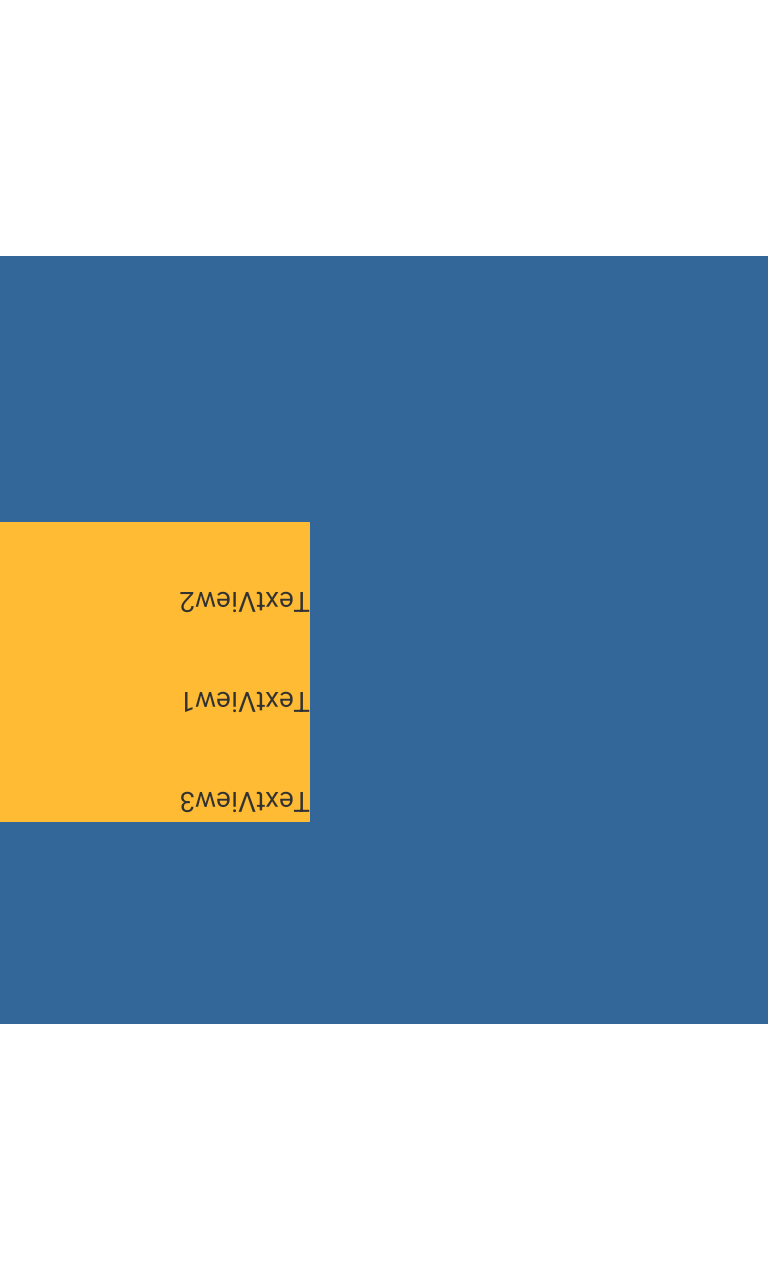
Repository: complexityclass/GosClient
Layout: Client/res/layout/activity_service.xml
The author's editor kept a copy of each file at every save. The layout is drawn from the files as they stood at one save, then again after the next save.
It is drawn on a 768 x 1280 px phone screen (xhdpi) without system bars, with theme AppTheme; the app's code is not run. Lists and similar views that code fills are empty.

Above is the layout before, as saved 2013-04-19 14:28:55.

### Client/res/layout/activity_service.xml
<?xml version="1.0" encoding="utf-8"?>
<LinearLayout xmlns:android="http://schemas.android.com/apk/res/android"
    android:layout_width="fill_parent"
    android:layout_height="fill_parent"
    android:orientation="vertical" >

    <SlidingDrawer
        android:id="@+id/drawer"
        android:layout_width="fill_parent"
        android:layout_height="match_parent"
        android:background="#336699"
        android:content="@+id/content"
        android:handle="@+id/handle"
        android:rotation="90" >

        <LinearLayout
            android:id="@id/content"
            android:layout_width="fill_parent"
            android:layout_height="fill_parent"
            android:orientation="vertical"
            android:rotation="90" >

            <ExpandableListView
                android:id="@+id/exListView"
                android:layout_width="fill_parent"
                android:layout_height="wrap_content"
                android:background="@drawable/back"
                android:indicatorLeft="250dp"
                android:indicatorRight="300dp" />
        </LinearLayout>

        <LinearLayout
            android:id="@id/handle"
            android:layout_width="match_parent"
            android:layout_height="wrap_content"
            android:orientation="vertical"
            android:rotation="90" >

            <LinearLayout
                android:id="@+id/linlay"
                android:layout_width="match_parent"
                android:layout_height="wrap_content"
                android:orientation="vertical" >

                <TextView
                    android:id="@+id/textView3"
                    android:layout_width="match_parent"
                    android:layout_height="50dp"
                    android:background="@android:color/holo_orange_light"
                    android:text="TextView3" />

                <TextView
                    android:id="@+id/textView1"
                    android:layout_width="match_parent"
                    android:layout_height="50dp"
                    android:background="@android:color/holo_orange_light"
                    android:text="TextView1" />

                <TextView
                    android:id="@+id/textView2"
                    android:layout_width="match_parent"
                    android:layout_height="50dp"
                    android:background="@android:color/holo_orange_light"
                    android:text="TextView2" />
            </LinearLayout>

            <ImageView
                android:id="@+id/imageView23"
                android:layout_width="match_parent"
                android:layout_height="fill_parent"
                android:contentDescription="@string/Habarovsk"
                android:src="@drawable/upbutton" />
        </LinearLayout>
    </SlidingDrawer>

</LinearLayout>

### Client/res/values/strings.xml
<?xml version="1.0" encoding="utf-8"?>
<resources>

    <string name="app_name">Client</string>
    <string name="hello_world">Hello world!</string>
    <string name="menu_settings">Settings</string>
    <string name="title_activity_main">MainActivity</string>
    <string name="title_activity_about_us">About us</string>
    <string name="title_activity_news">News</string>
    <string name="title_activity_citizen_reg">Citizens</string>
    <string name="title_activity_agencies">Agencies</string>
    <string name="title_activity_areas_of">Areas</string>
    <string name="agencies_ru">Ведомства</string>
    <string name="about_project_ru">О проекте</string>
    <string name="areas_of_ru">Направления деятельности</string>
    <string name="news_ru">Новости</string>
    <string name="organizations_ru">Организациям</string>
    <string name="electronic_services_ru">Электронные услуги</string>
    <string name="life_situations_ru">Жизненные ситуации</string>
    <string name="information_ru">Информация</string>
    <string name="visitor_statistics_ru">Статистика посещений</string>
    <string name="search_news_ru">Поиск по новостям</string>
    <string name="citizens_ru">Гражданам</string>
    <string name="spots_treatment_ru">Места обращения</string>
    <string name="useful_links_ru">Полезные ссылки</string>
    <string name="universal_card_ru">Развитие универсальной электронной карты</string>
    <string name="faq_ru">Часто задаваемые вопросы</string>
    <string name="title_activity_test">TestActivity</string>
    <string name="title_activity_web_view">WebViewActivity</string>
    <string name="title_section3">Section 3</string>
    <string name="title_section2">Section 2</string>
    <string name="title_section1">Section 1</string>
    <string name="title_activity_swipe">SwipeActivity</string>
    <string name="title_activity_life_situations">LifeSituationsActivity</string>
    <string name="action_settings">Settings</string>
    <string name="label1">Tab 1</string>
    <string name="label2">Tab 2</string>
    <string name="label3">Tab 3</string>
    <string name="federational">Федеральные</string>
    <string name="munitipal">Муниципальные</string>
    <string name="regional">Региональные</string>
    <string name="title_activity_expandable_list_view_test">ExpandableListViewTest</string>
    <string name="title_activity_expandable_list">ExpandableListActivity</string>
    <string name="Habarovsk_Servise">Хабаровск Услуги</string>
    <string name="Habarovsk">Habarovsk</string>
    <string name="title_activity_service">ServiceActivity</string>

</resources>

Loaded but not shown: Client/res/values-v11/styles.xml (common file); Client/res/values-v14/styles.xml (common file); Client/res/values/styles.xml (common file)

After the next save:
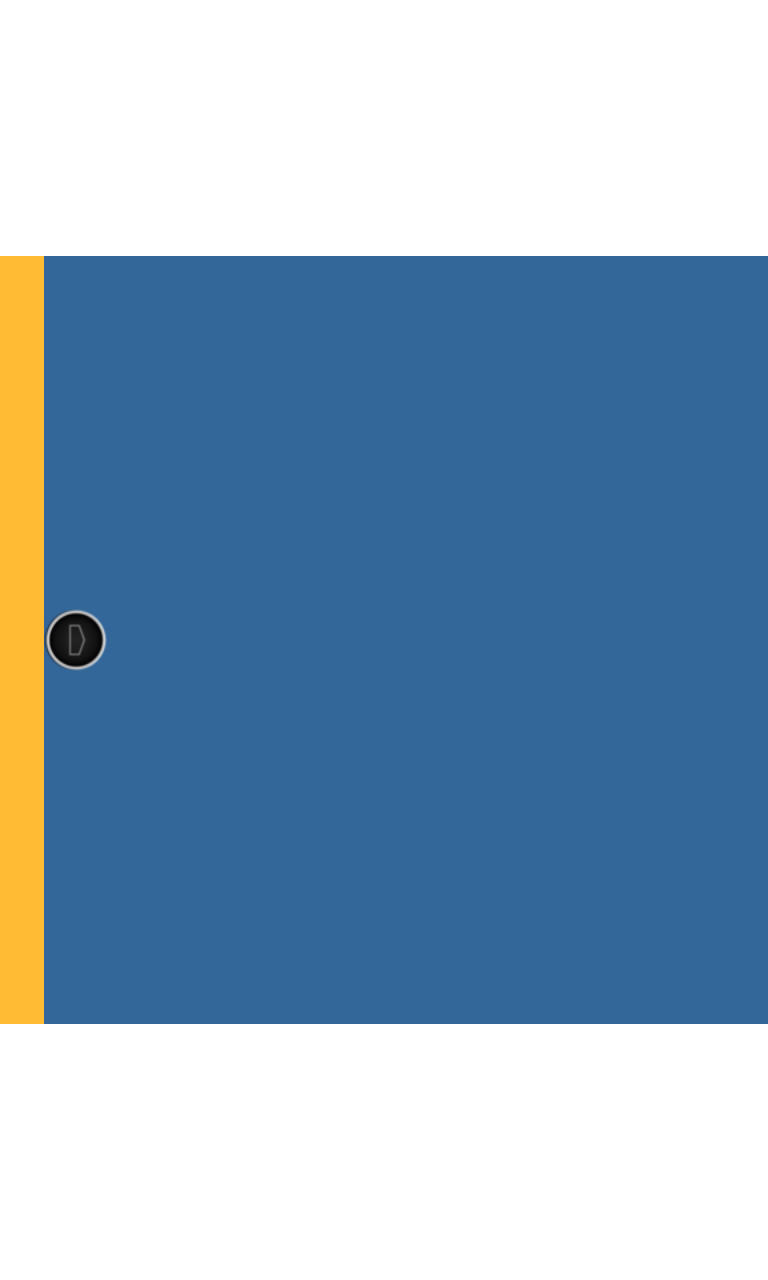
Saved 2 min 49 s later.
--- a/Client/res/layout/activity_service.xml
+++ b/Client/res/layout/activity_service.xml
@@ -18,7 +18,7 @@
             android:layout_width="fill_parent"
             android:layout_height="fill_parent"
             android:orientation="vertical"
-            android:rotation="90" >
+            android:rotation="180" >
 
             <ExpandableListView
                 android:id="@+id/exListView"
@@ -34,7 +34,7 @@
             android:layout_width="match_parent"
             android:layout_height="wrap_content"
             android:orientation="vertical"
-            android:rotation="90" >
+            android:rotation="180" >
 
             <LinearLayout
                 android:id="@+id/linlay"
